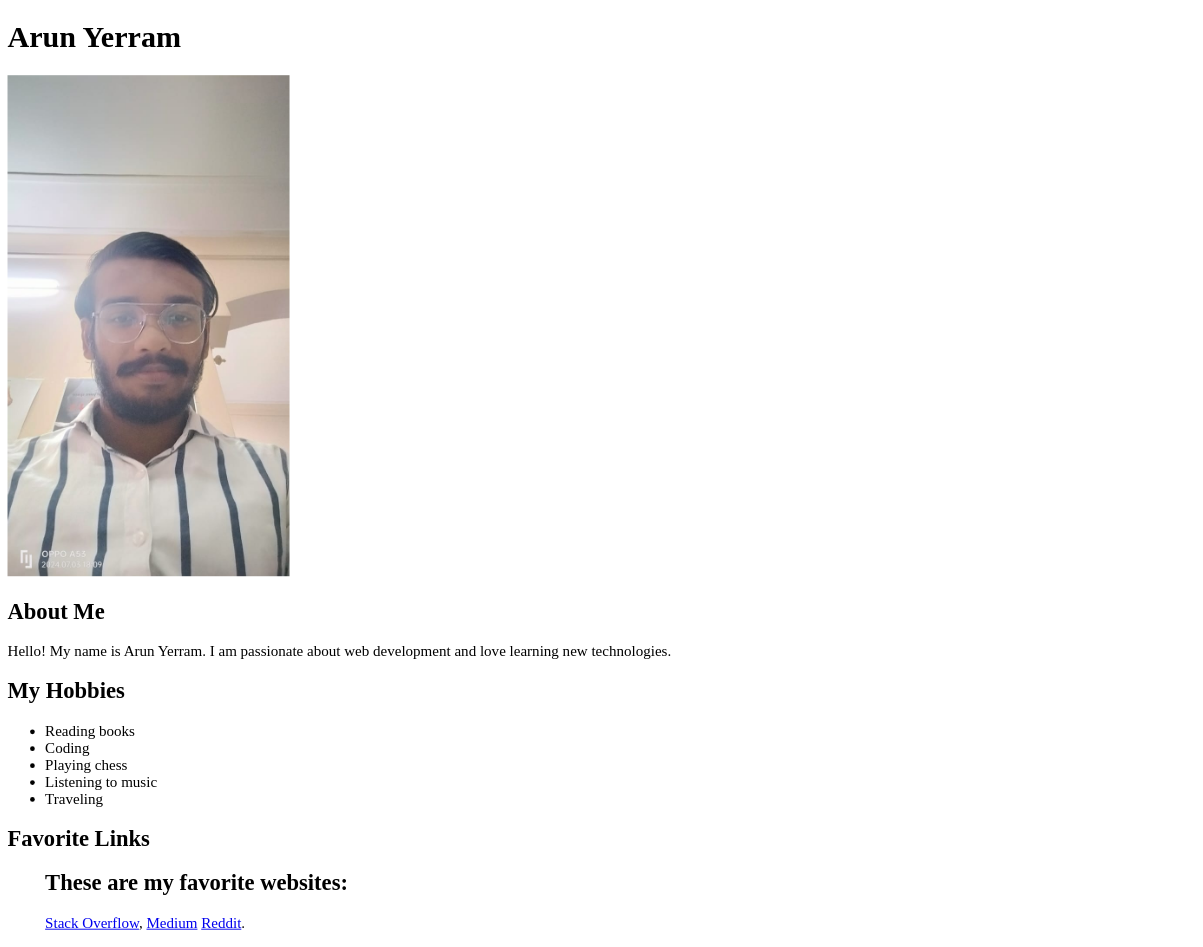
Repository: arunyerram/Web-TEChnologies
Page: Exercise2.html
The author's editor kept a copy of each file at every save. The page is drawn from the files as they stood at one save, then again after a run of saves.
The browser window is 1280 px wide. The pictures show the whole page, at 94% of full size.

Above is the page before, as saved 2025-02-12 17:24:02.

### Exercise2.html
<!DOCTYPE html>
<html lang="en">
<head>
    <meta charset="UTF-8">
    <meta name="viewport" content="width=device-width, initial-scale=1.0">
    <title>My Biography</title>
</head>
<body>

    <h1>Arun Yerram</h1>

    <img src="/Arun.jpg" alt="My Photo" width="300">

    <h2>About Me</h2>

    <p>Hello! My name is Arun Yerram. I am passionate about web development and love learning new technologies.</p>

    <h2>My Hobbies</h2>

    <ul>
        <li>Reading books</li>
        <li>Coding</li>
        <li>Playing chess</li>
        <li>Listening to music</li>
        <li>Traveling</li>
    </ul>

    <h2>Favorite Links</h2>

    <ul>
        <h2>These are my favorite websites:</h2>
        <l1><a href="https://www.stackoverflow.com" target="_blank">Stack Overflow</a></l1>,
        <a href="https://www.medium.com" target="_blank">Medium</a></l1>
        <a href="https://www.reddit.com" target="_blank">Reddit</a>.
    </ul>

</body>
</html>

After the next 2 saves:
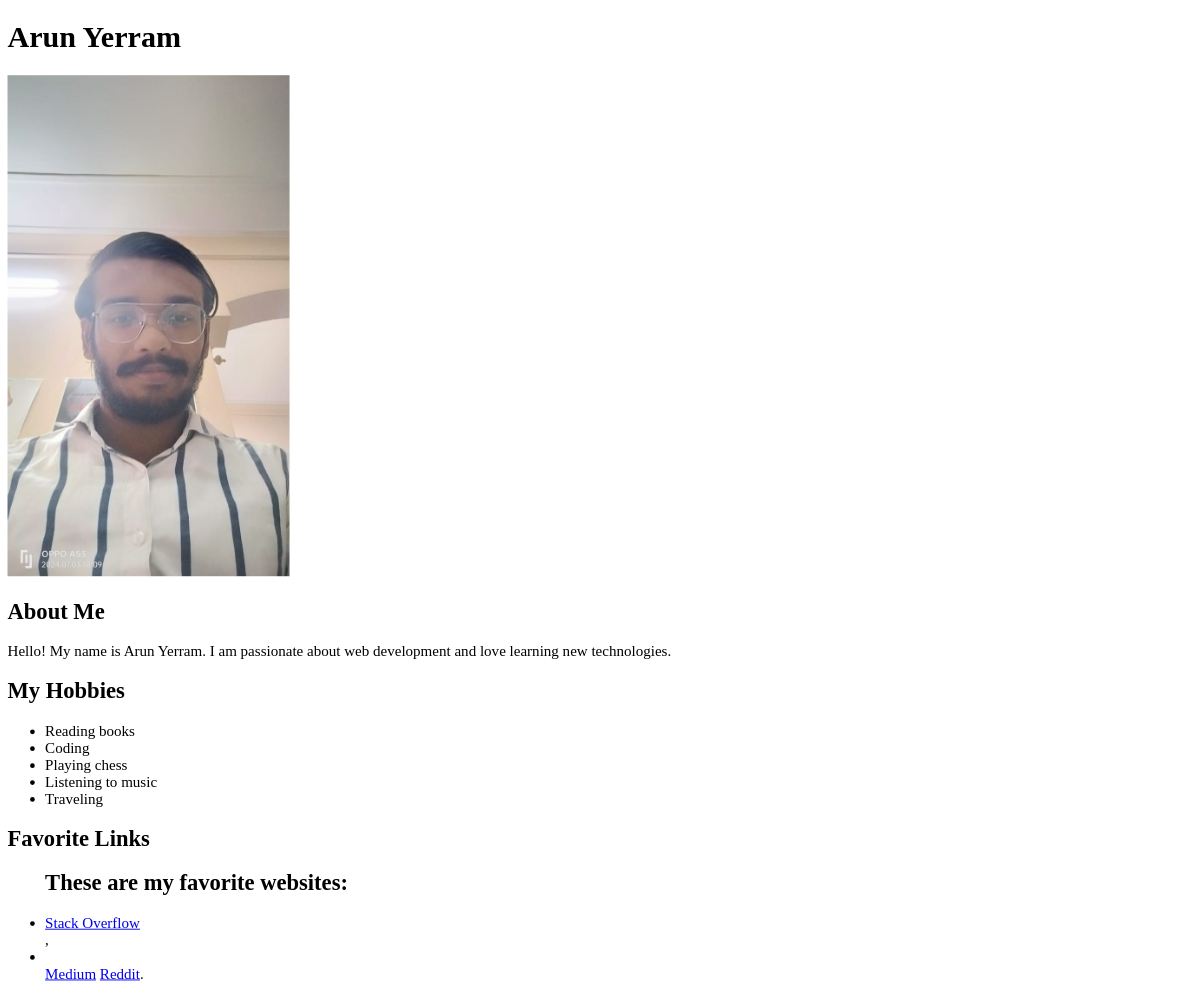
The 2 saves are shown as one change because they came seconds apart.
The last was saved 7 s later.
--- a/Exercise2.html
+++ b/Exercise2.html
@@ -29,8 +29,8 @@
 
     <ul>
         <h2>These are my favorite websites:</h2>
-        <l1><a href="https://www.stackoverflow.com" target="_blank">Stack Overflow</a></l1>,
-        <a href="https://www.medium.com" target="_blank">Medium</a></l1>
+        <li><a href="https://www.stackoverflow.com" target="_blank">Stack Overflow</a></li>,
+        <li></li><a href="https://www.medium.com" target="_blank">Medium</a></l1>
         <a href="https://www.reddit.com" target="_blank">Reddit</a>.
     </ul>
 
